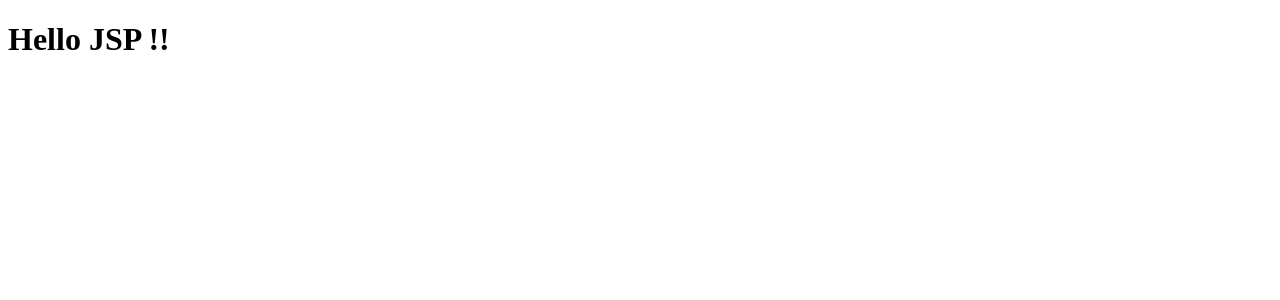
Repository: chandu3015/springBasicWorkSpace
Page: http://localhost/first-web-app/
These files come from the project's save history. The page is drawn as it stood at one moment and after the next save; the edit follows.
The browser window is 1280 px wide. The pictures show the whole page.
The page is served by Tomcat 9. Other server files are loaded and not shown.

Above is the page before, as saved 2019-01-22 00:56:03.

### first-web-app/src/main/webapp/WEB-INF/views/login.jsp
<%@ page language="java" contentType="text/html; charset=ISO-8859-1"
    pageEncoding="ISO-8859-1"%>
<!DOCTYPE html>
<html>
<head>
<meta charset="ISO-8859-1">
<title>Insert title here</title>
</head>
<body>
<h1>Hello JSP  ${name} !!</h1>
</body>
</html>

### first-web-app/src/main/java/webapp/LoginServlet.java
package webapp;

import java.io.IOException;
import java.io.PrintWriter;

import javax.servlet.RequestDispatcher;
import javax.servlet.ServletException;
import javax.servlet.annotation.WebServlet;
import javax.servlet.http.HttpServlet;
import javax.servlet.http.HttpServletRequest;
import javax.servlet.http.HttpServletResponse;

/**
 * Servlet implementation class LoginServlet
 */
@WebServlet("/login.do")
public class LoginServlet extends HttpServlet {
	private static final long serialVersionUID = 1L;

    /**
     * @see HttpServlet#HttpServlet()
     */
    public LoginServlet() {
        super();
        // TODO Auto-generated constructor stub
    }

	/**
	 * @see HttpServlet#doGet(HttpServletRequest request, HttpServletResponse response)
	 */
	protected void doGet(HttpServletRequest request, HttpServletResponse response) throws ServletException, IOException {

		String name=request.getParameter("name");
		request.setAttribute("name", name);

		RequestDispatcher requestDispatcher= request.getRequestDispatcher("/WEB-INF/views/login.jsp");
		requestDispatcher.forward(request, response);

		/*
		PrintWriter out = response.getWriter();

		out.println("<html>");
		out.println("<head>");
		out.println("<title>Yahoo!!!!!!!!</title>");
		out.println("</head>");
		out.println("<body>");
		out.println("My First Servlet");
		out.println("</body>");
		out.println("</html>");
		*/
	}

	/**
	 * @see HttpServlet#doPost(HttpServletRequest request, HttpServletResponse response)
	 */
	protected void doPost(HttpServletRequest request, HttpServletResponse response) throws ServletException, IOException {
		// TODO Auto-generated method stub
		doGet(request, response);
	}

}

After the next save:
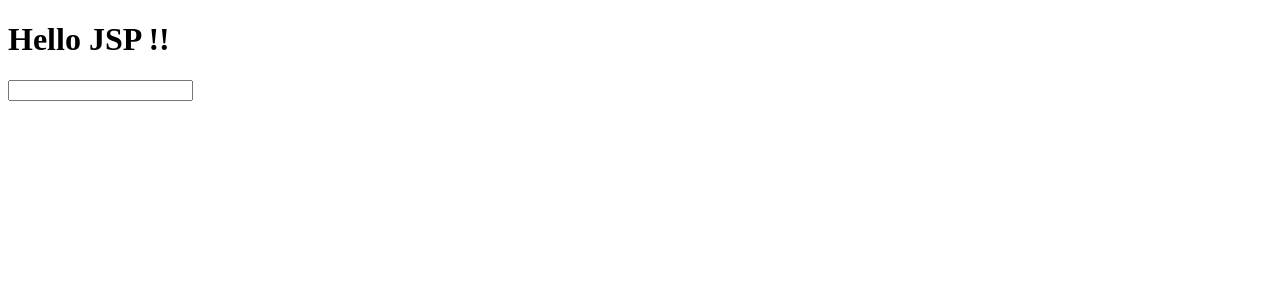
Saved 11 min 20 s later.
--- a/first-web-app/src/main/webapp/WEB-INF/views/login.jsp
+++ b/first-web-app/src/main/webapp/WEB-INF/views/login.jsp
@@ -8,5 +8,10 @@
 </head>
 <body>
 <h1>Hello JSP  ${name} !!</h1>
+
+<form name ="loginForm" action="/login.do" method="post">
+<input type="" />
+
+</form>
 </body>
 </html>
